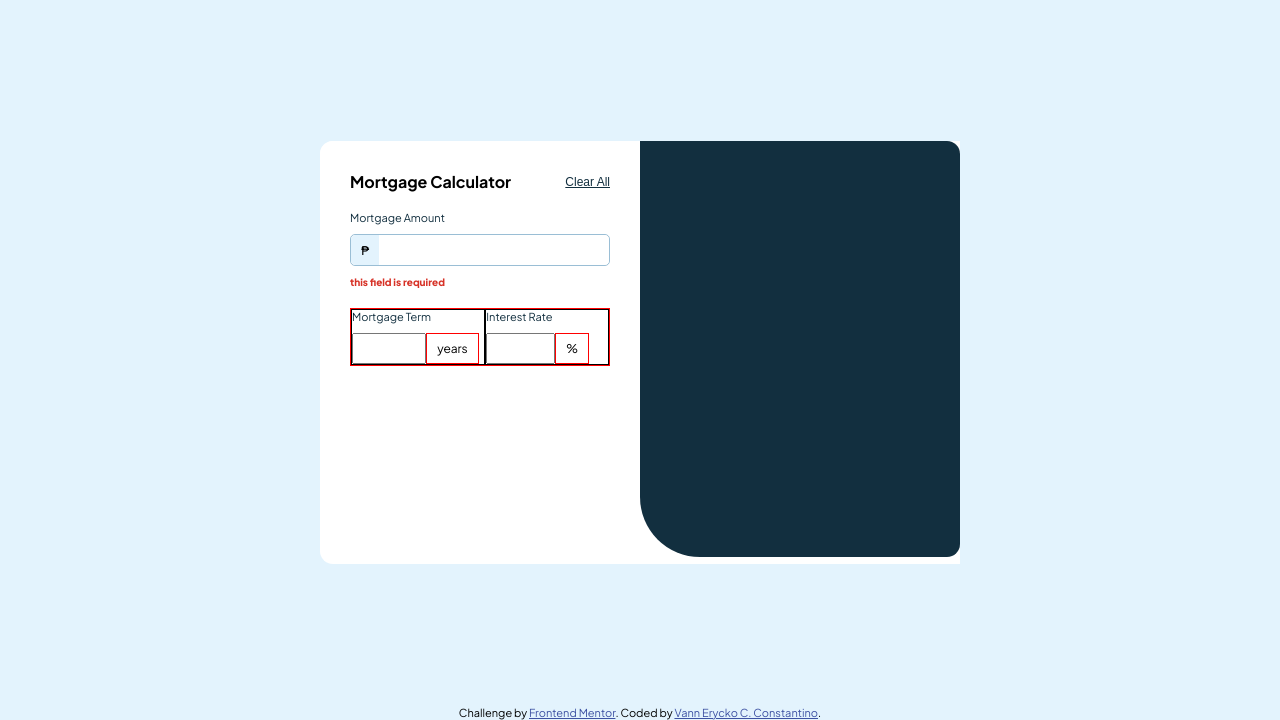
Repository: kocokoy/mortgage-repayment-calculator
Page: index.html
The author's editor kept a copy of each file at every save. The page is drawn from the files as they stood at one save, then again after the next save.
The browser window is 1280 px wide. The pictures show the whole page.

Above is the page before, as saved 2024-10-29 13:42:21.

### index.html
<!DOCTYPE html>
<html lang="en">
<head>
  <meta charset="UTF-8">
  <meta name="viewport" content="width=device-width, initial-scale=1.0"> <!-- displays site properly based on user's device -->

  <link rel="icon" type="image/png" sizes="32x32" href="./assets/images/favicon-32x32.png">
  <link rel="stylesheet" href="/styles/style.css">
  <link rel="preconnect" href="https://fonts.googleapis.com">
<link rel="preconnect" href="https://fonts.gstatic.com" crossorigin>
<link href="https://fonts.googleapis.com/css2?family=Karla:ital,wght@0,200..800;1,200..800&family=Plus+Jakarta+Sans:ital,wght@0,200..800;1,200..800&family=Red+Hat+Text:ital,wght@0,300..700;1,300..700&display=swap" rel="stylesheet">

  <title>Frontend Mentor | Mortgage repayment calculator</title>
</head>
<body>
  <div class="container">
    <div class="container-card">
      <div class="mortgage-calculator-side">
        <div class="mortgage-calculator-header">
          <p>Mortgage Calculator</p>
          <button>Clear All</button>
        </div>
        <div class="mortgage-calculator-amount">
          <p>Mortgage Amount</p>
          <div class="mortgage-calculator-amount-input">
            <div>&#8369;</div>
            <input type="text">
          </div>
          <div class="field-require-text">
            this field is required
          </div>
        </div>
        <div class="mortgage-calculator-term-and-interest">
          <div class="mortgage-calculator-term-section">
            <p>Mortgage Term</p>
            <div class="mortgage-calculator-term-section-mortgage">
              <input type="text" name="" id="">
              <div>years</div>
            </div>
          </div>
          <div class="mortgage-calculator-term-section">
            <p>Interest Rate</p>
            <div class="mortgage-calculator-term-section-mortgage">
              <input type="text" name="" id="">
              <div>%</div>
            </div>
          </div>
        </div>
        <div></div>
        <div></div>
      </div>
      <div class="result-side"></div>
    </div>
  </div>


  <div class="attribution">
    Challenge by <a href="https://www.frontendmentor.io?ref=challenge">Frontend Mentor</a>.
    Coded by <a href="#">Vann Erycko C. Constantino</a>.
  </div>
</body>
</html>

### styles/style.css
:root{
/* Primary */

--lime: hsl(61, 70%, 52%);
--red: hsl(4, 69%, 50%);

/* Neutral */

--white: hsl(0, 0%, 100%);
--slate100: hsl(202, 86%, 94%);
--slate300: hsl(203, 41%, 72%);
--slate500: hsl(200, 26%, 54%);
--slate700: hsl(200, 24%, 40%);
--slate900: hsl(202, 55%, 16%);
}

.attribution {
  font-size: 11px; text-align: center;
 }
.attribution a {
  color: hsl(228, 45%, 44%);
 }

body{
  margin: 0;
  padding: 0;
  font-family: Plus Jakarta Sans;
  background-color: var(--slate100);
}
.container{
  height: 98vh;
  display: flex;
  flex-direction: column;
  justify-content: center;
  align-items: center;
}
.container-card{
  display: flex;
  flex-direction: row;
  height: 60%;
  width: 50%;
  background-color: var(--white);
  border-bottom-left-radius: 13px;
  border-top-left-radius: 13px;
}

.field-require-text{
  margin-top: 10px;
  color: var(--red);
  font-size: 10px;
  font-weight: 900;
  margin-bottom: 20px;
}
.mortgage-calculator-side{
height: 84%;
width: 50%;
background-color: var(--white);
border-bottom-left-radius: 13px;
border-top-left-radius: 13px;
padding: 30px;

}
.result-side{
  height: 84%;
  width: 50%;
  padding: 30px;
  overflow: hidden;
  background-color: var(--slate900);
  border-bottom-left-radius: 60px;
  border-bottom-right-radius: 13px;
  border-top-right-radius: 13px;
}

/*Mortgage Calculator Header */
.mortgage-calculator-header{
  display: flex;
  flex-direction: row;
  align-items: center;
  justify-content: space-between;
}
.mortgage-calculator-header p{
 margin: 0;
 font-weight: 700;
}
.mortgage-calculator-header button{
 margin: 0;
 font-weight: 500;
 font-size: 12px;
 color: var(--slate900);
 background-color: var(--white);
 text-decoration: underline;
 cursor: pointer;
 border: none;
 padding: 0;
}

/*Mortgage Calculator Amount  */
.mortgage-calculator-amount{
  padding-top: 19px ;
  display: flex;
  flex-direction: column;
}
.mortgage-calculator-amount p{
  margin: 0;
  font-size: 11px;
  color: var(--slate900);
  padding-bottom: 10px;
}

.mortgage-calculator-amount-input{
  display: flex;
  flex-direction: row;
  height: 30px;
  border: 1px solid var(--slate300);
  border-radius: 5px;
}
.mortgage-calculator-amount-input div{
  background-color: var(--slate100);
  height: 100%;
  width: 35px;
  display: flex;
  justify-content: center;
  align-items: center;
  font-size: 12px;
  font-weight: 500;
  border: none;
  border-top-left-radius: 5px;
  border-bottom-left-radius: 5px;
}
.mortgage-calculator-amount-input input{
  width: 100%;
  border: none;
  border-top-right-radius: 5px;
  border-bottom-right-radius: 5px;
  padding: 0 10px;
}

.mortgage-calculator-amount-input input:focus{
  outline: none;
}

/* Mortgage Calculator Mortgage Term and Interest Rate */

.mortgage-calculator-term-and-interest{
  border: 1px solid red;
  display: flex;
  flex-direction: row;
}
.mortgage-calculator-term-section{
  border: 1px solid black;
}
.mortgage-calculator-term-section p{
  margin: 0;
  font-size: 11px;
  color: var(--slate900);
  padding-bottom: 10px;
}

.mortgage-calculator-term-section-mortgage{
  display: flex;
  flex-direction: row;
}

.mortgage-calculator-term-section-mortgage input{
  width: 50%;
}
.mortgage-calculator-term-section-mortgage div{
  width: auto;
  border: 1px solid red;
  font-size: 12px;
  display: flex;
  justify-content: center;
  align-items: center;
  padding: 7px 10px;
}

After the next save:
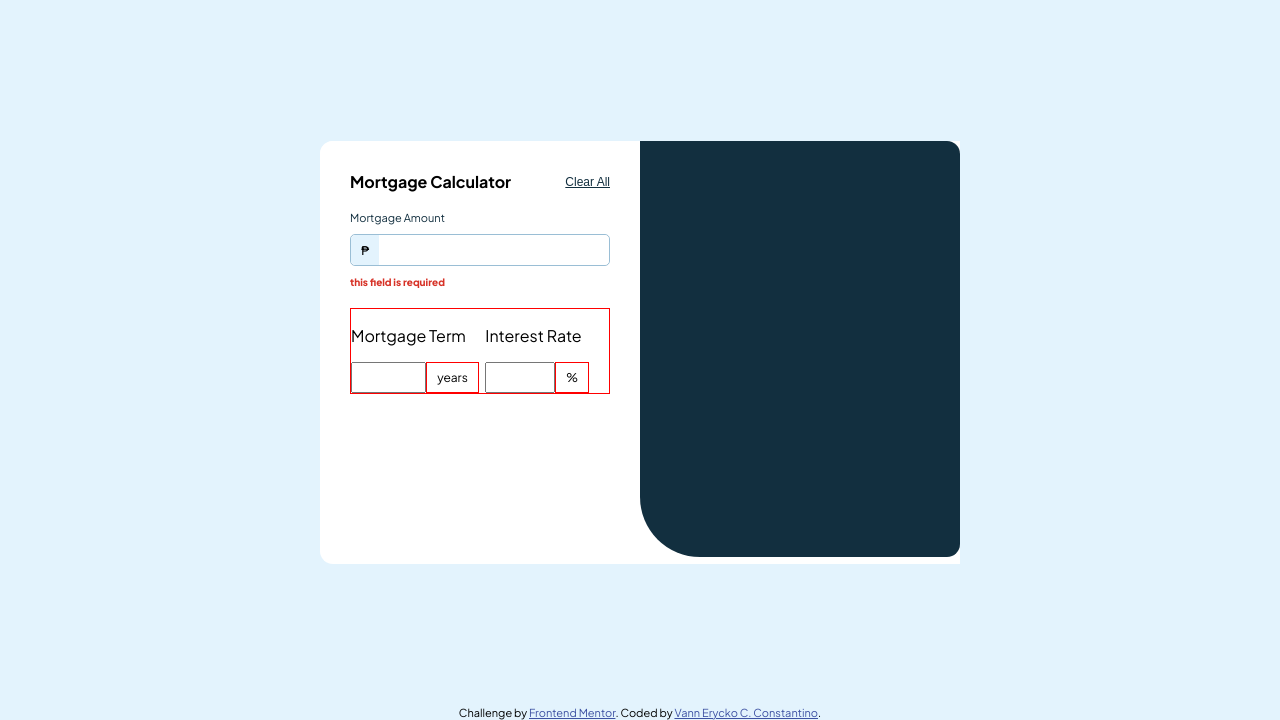
Saved 45 s later.
--- a/index.html
+++ b/index.html
@@ -31,14 +31,14 @@
           </div>
         </div>
         <div class="mortgage-calculator-term-and-interest">
-          <div class="mortgage-calculator-term-section">
+          <div class="mortgage-calculator-term-section-1">
             <p>Mortgage Term</p>
             <div class="mortgage-calculator-term-section-mortgage">
               <input type="text" name="" id="">
               <div>years</div>
             </div>
           </div>
-          <div class="mortgage-calculator-term-section">
+          <div class="mortgage-calculator-term-section-2">
             <p>Interest Rate</p>
             <div class="mortgage-calculator-term-section-mortgage">
               <input type="text" name="" id="">

After the save that followed:
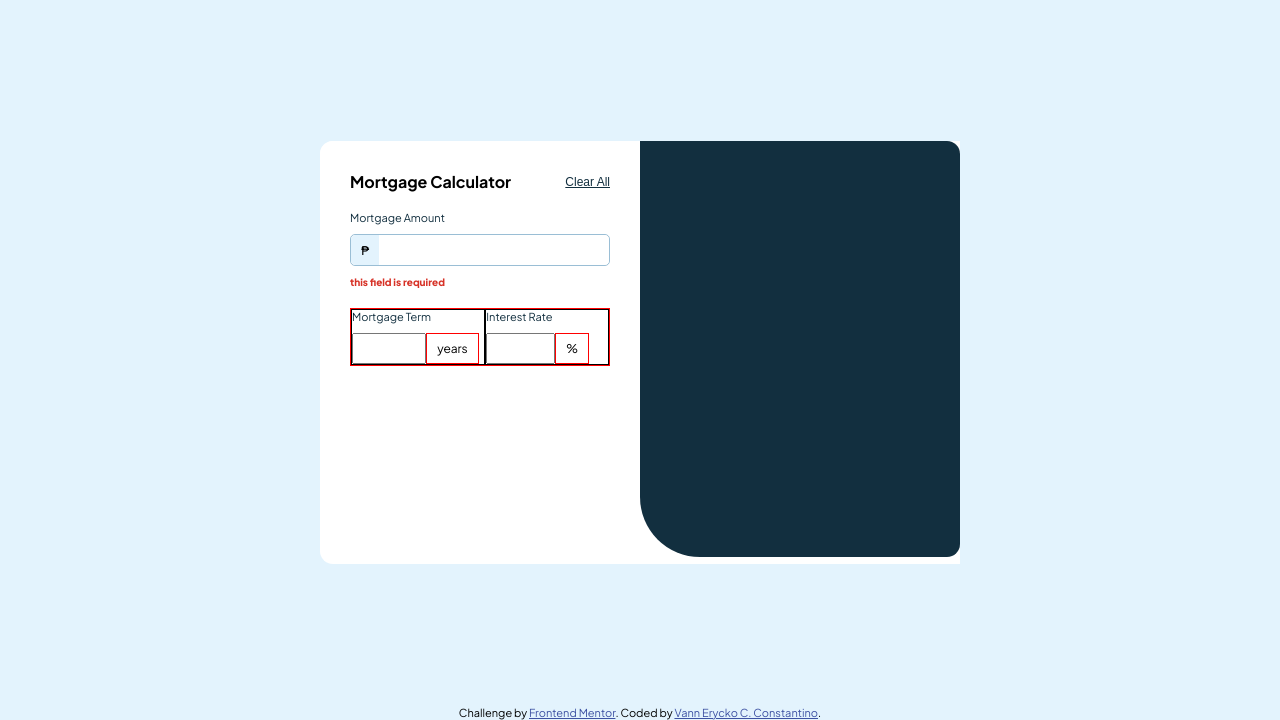
Saved 21 s later.
--- a/index.html
+++ b/index.html
@@ -31,14 +31,14 @@
           </div>
         </div>
         <div class="mortgage-calculator-term-and-interest">
-          <div class="mortgage-calculator-term-section-1">
+          <div class="mortgage-calculator-term-section">
             <p>Mortgage Term</p>
             <div class="mortgage-calculator-term-section-mortgage">
               <input type="text" name="" id="">
               <div>years</div>
             </div>
           </div>
-          <div class="mortgage-calculator-term-section-2">
+          <div class="mortgage-calculator-term-section">
             <p>Interest Rate</p>
             <div class="mortgage-calculator-term-section-mortgage">
               <input type="text" name="" id="">
